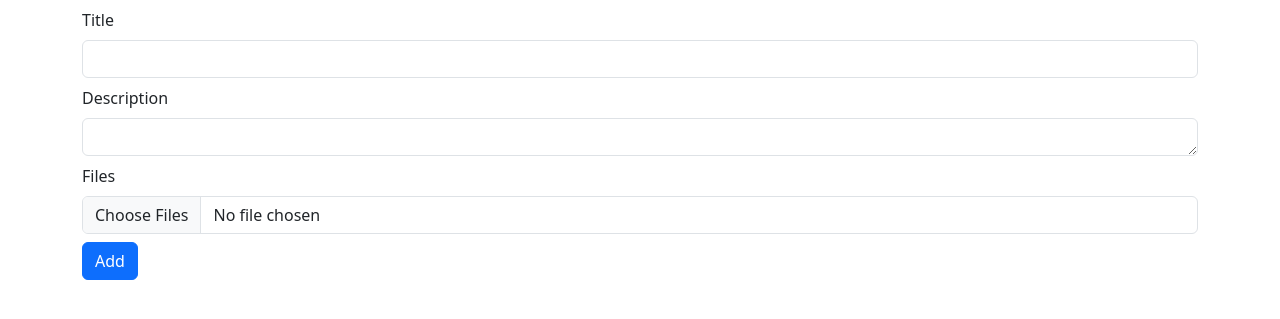
Repository: wasimalbokae2000/blogs
Page: http://localhost/posts/create
The author's editor kept a copy of each file at every save. The page is drawn from the files as they stood at one save, then again after the next save.
The browser window is 1280 px wide. The pictures show the whole page.
The page is served by the project's Laravel application, run on PHP 8.4 with Laravel 12.

Above is the page before, as saved 2024-11-27 23:30:06.

After the next save:
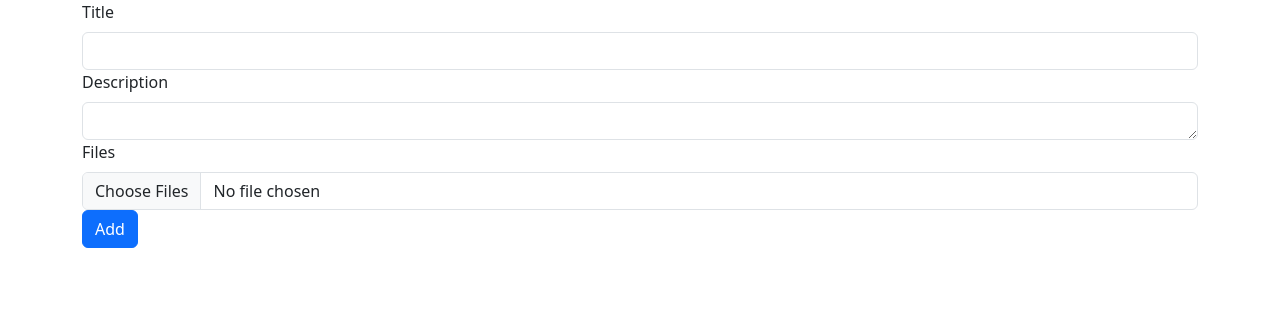
Saved 39 s later.
--- a/resources/views/posts/create.blade.php
+++ b/resources/views/posts/create.blade.php
@@ -4,19 +4,19 @@
         <form action="{{ route("posts.store") }}" enctype="multipart/form-data" method="POST">
             @method("POST")
             @csrf
-            <div class="mt-2 mb-2">
+            <div class="">
                 <label for="title" class="form-label">Title</label>
                 <input  class="form-control" id="title" >
             </div>
-            <div class="mt-2 mb-2">
+            <div class="">
                 <label for="description" class="form-label">Description</label>
                 <textarea class="form-control" id="description" rows="1"></textarea>
             </div>
-            <div class="mt-2 mb-2">
+            <div class="">
                 <label for="image" class="form-label">Files</label>
                 <input class="form-control" type="file" id="image" name="image[]" multiple>
             </div>
-            <div class="mt-2 mb-2">
+            <div class="">
             <button class="btn btn-primary" type="submit">Add</button>
             </div>
         </form>
